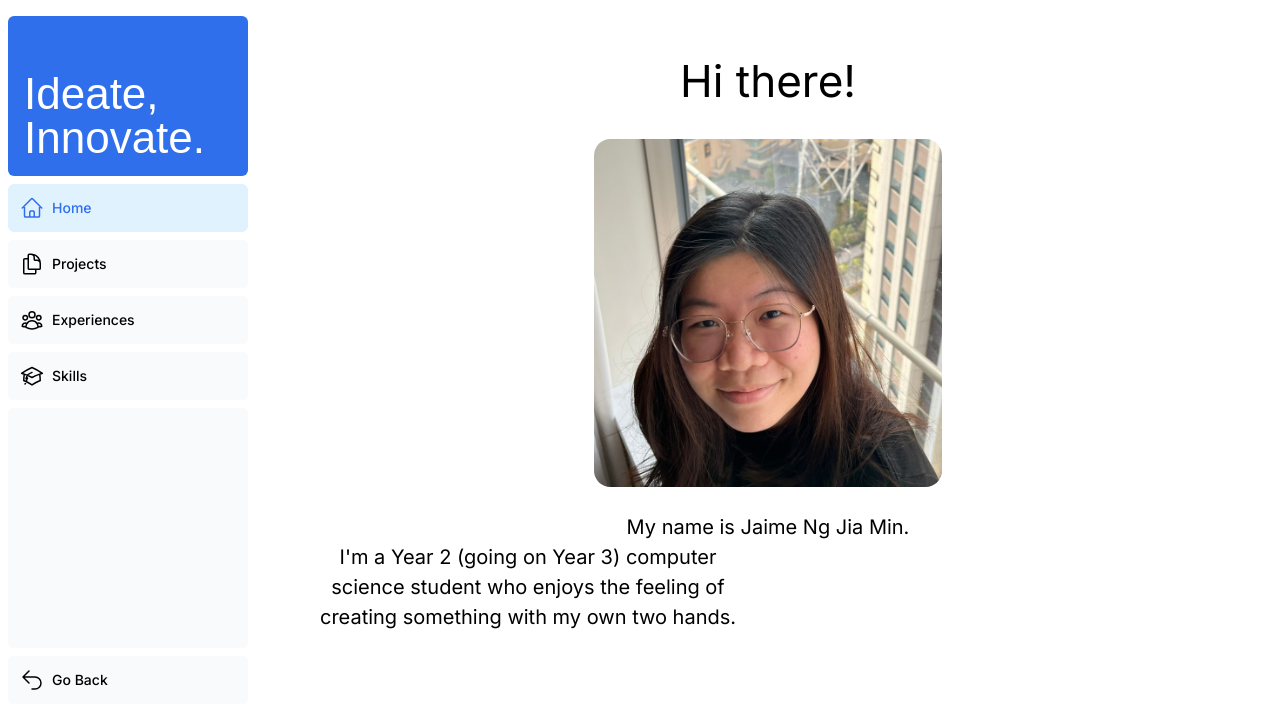
Repository: ThatGirlJam/jaime-portfolio
Page: /dashboard
The author's editor kept a copy of each file at every save. The page is drawn from the files as they stood at one save, then again after the next save.
The browser window is 1280 px wide. The pictures show the whole page.
Some web fonts or font styles are not loaded; a fallback is used. The project was rebuilt for these pictures with package versions that can differ from the ones it lists, and the page was loaded fresh each time. The framework's server and built-in components were replaced by stand-ins that run in the browser. Also part of the build but not shown: next.config.js.

Above is the page before, as saved 2024-04-10 00:26:03.

After the next save:
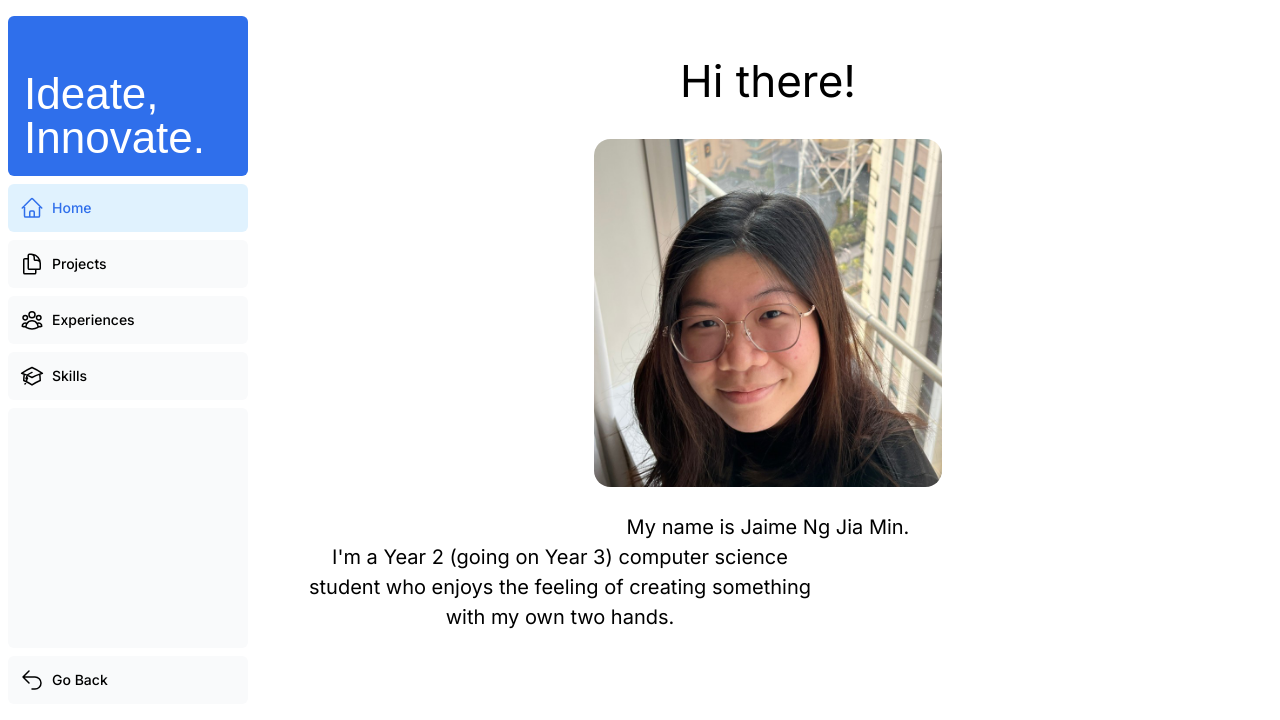
Saved 4 s later.
--- a/app/dashboard/page.tsx
+++ b/app/dashboard/page.tsx
@@ -28,7 +28,7 @@ export default function Page() {
         <br/>
 
         <p className="text-[20px] text-center"> My name is Jaime Ng Jia Min. </p>
-        <div className="max-w-md">
+        <div className="max-w-lg">
           <p className="text-[20px] text-center">
             I'm a Year 2 (going on Year 3) computer science student who enjoys the feeling of creating something with my own two hands.
 
